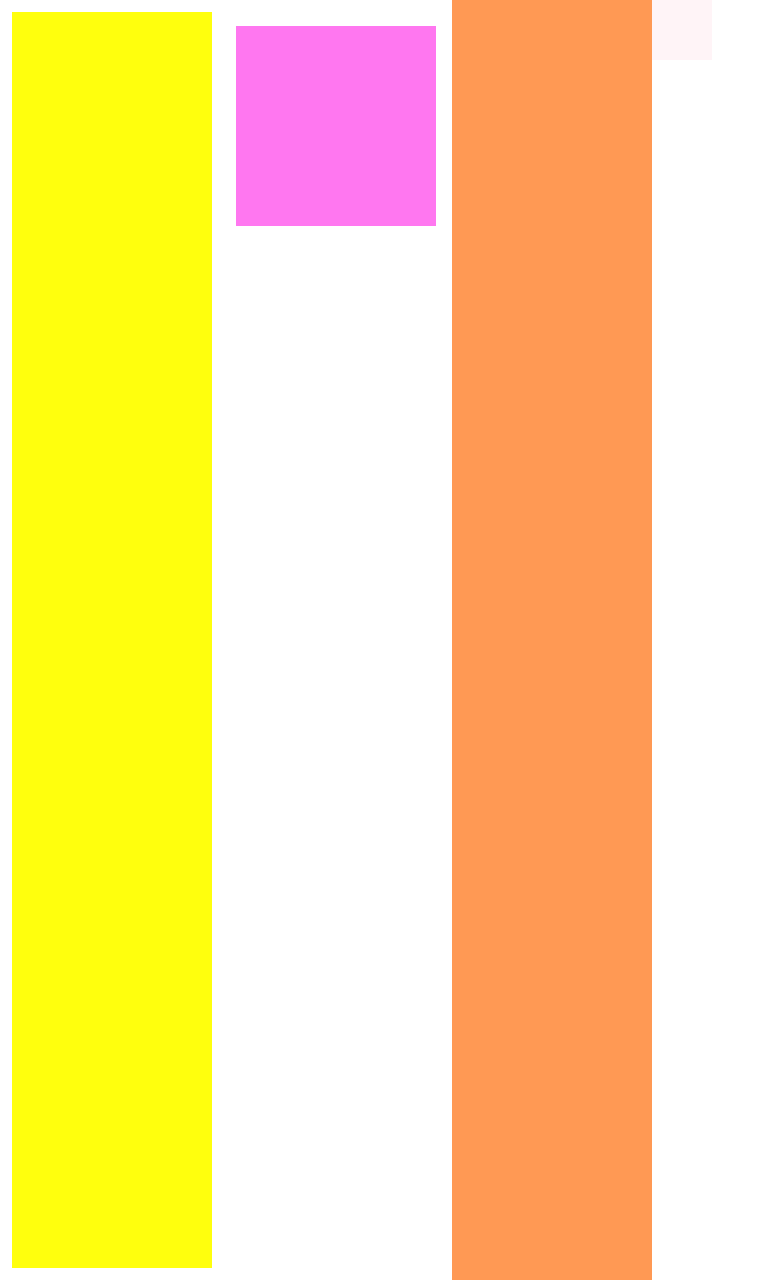
Repository: ling-cen/demo
Layout: Layout_1/res/layout/liner_layout_1.xml
The author's editor kept a copy of each file at every save. The layout is drawn from the files as they stood at one save, then again after the next save.
It is drawn on a 768 x 1280 px phone screen (xhdpi) without system bars, with theme AppTheme; the app's code is not run.

Above is the layout before, as saved 2018-12-12 05:51:24.

### Layout_1/res/layout/liner_layout_1.xml
<?xml version="1.0" encoding="utf-8"?>
<LinearLayout xmlns:android="http://schemas.android.com/apk/res/android"
    android:layout_width="match_parent"
    android:layout_height="match_parent"
    android:orientation="horizontal" >
    <TextView
        android:layout_width="100dp"
        android:layout_height="match_parent"
        android:background="#FFFF0D"
        android:layout_margin="6dp"/>

    <TextView
        android:layout_width="100dp"
        android:layout_height="100dp"
        android:layout_margin="6dp"
        android:background="#FF77F0" />
   <TextView
       android:layout_width="100dp"
       android:layout_height="match_parent"
       android:background="#FF9954"
       android:layout_marginLeft="2dp"
       />
   <Button
       android:layout_width="30dp"
       android:layout_height="30dp"
       android:background="#FFF4E7F"
       />
</LinearLayout>

Loaded but not shown: Layout_1/res/values/styles.xml (common file); Layout_1/res/values-v11/styles.xml (common file); Layout_1/res/values-v14/styles.xml (common file)

After the next save:
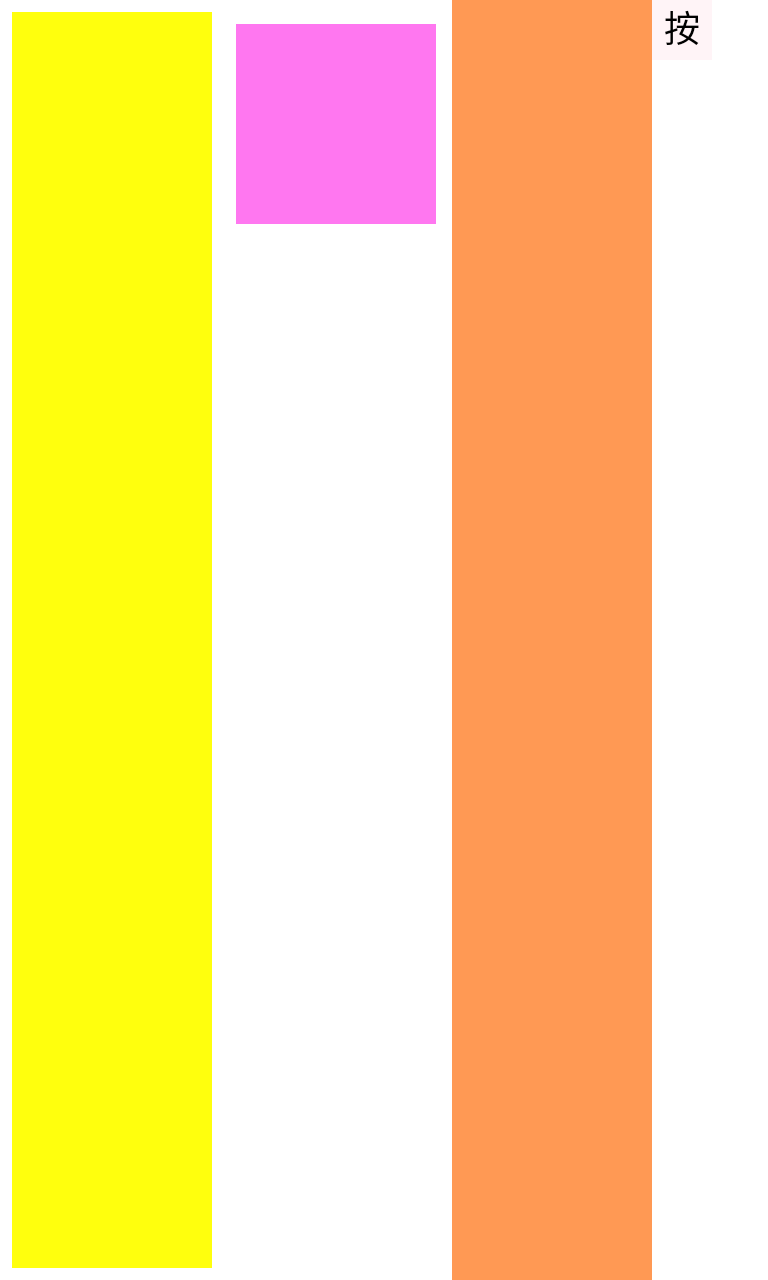
Saved 22 s later.
--- a/Layout_1/res/layout/liner_layout_1.xml
+++ b/Layout_1/res/layout/liner_layout_1.xml
@@ -23,6 +23,6 @@
    <Button
        android:layout_width="30dp"
        android:layout_height="30dp"
-       android:background="#FFF4E7F"
-       />
+       android:text="按钮"
+       android:background="#FFF4E7F"/>
 </LinearLayout>
